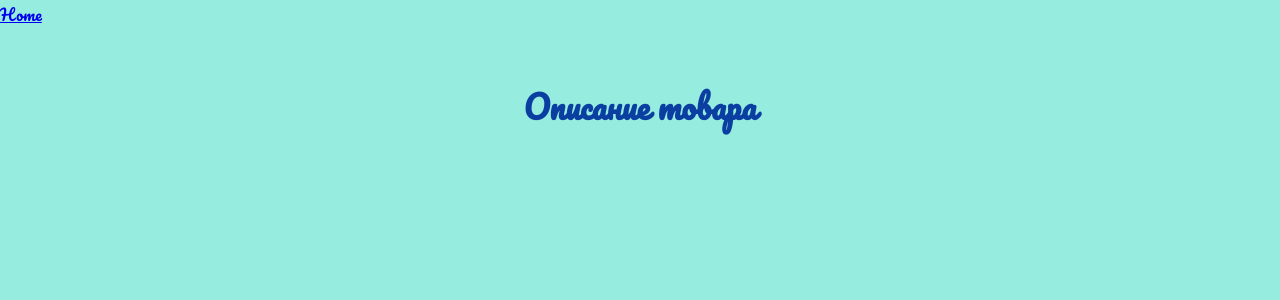
Repository: annamsklv/web
Page: seminar2_26.01/product page.html
The author's editor kept a copy of each file at every save. The page is drawn from the files as they stood at one save, then again after the next save.
The browser window is 1280 px wide. The pictures show the whole page.

Above is the page before, as saved 2023-02-01 20:08:38.

### seminar2_26.01/product page.html
<!DOCTYPE html>
<html lang="en">
<head>
    <meta charset="UTF-8">
    <meta http-equiv="X-UA-Compatible" content="IE-edge">
    <meta name="viewport" content="width=device-width, initial-scale=1.0">
    <div class="home">
        <a class="link" href="index.html">Home</a>
    </div>
    <title>Продукт</title>
    <link rel="preconnect" href="https://fonts.googleapis.com">
<link rel="preconnect" href="https://fonts.gstatic.com" crossorigin>
<link href="https://fonts.googleapis.com/css2?family=Pacifico&display=swap" rel="stylesheet">
    <link rel="stylesheet" href="product style.css">

</head>


<body>

    <div class="header">
    <div class="container"></div>
    <h1 class="title">Описание товара</h1>
    </div>
    </div>

    <div class="content">
        <div class="container">

        </div>
    </div>

<div class="footer">


</div>

</body>
</html>

### seminar2_26.01/product style.css
* {
    margin: 0;
    padding: 0;
}

body{
    background-color: rgb(150, 236, 222);
}
.container{
    width: 1200px;
    margin: 0 auto;
}

.title{
    text-align: center;
    margin-top: 50px;
    font-family: 'Pacifico';
    color: rgb(10, 63, 161);
}

.home{
    font-family: 'Pacifico', cursive;
    color: rgb(10, 63, 161);

}

After the next save:
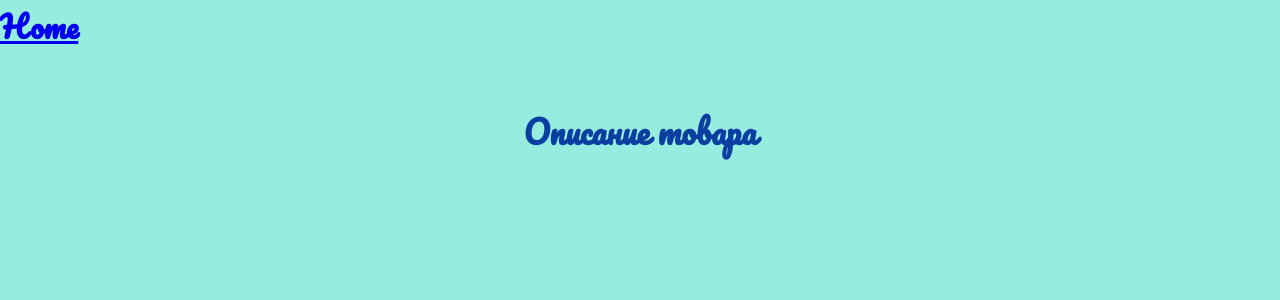
Saved 53 s later.
--- a/seminar2_26.01/product style.css
+++ b/seminar2_26.01/product style.css
@@ -21,5 +21,7 @@ body{
 .home{
     font-family: 'Pacifico', cursive;
     color: rgb(10, 63, 161);
+    font-size: 30px;
+    font-weight: bold;
 
 }
